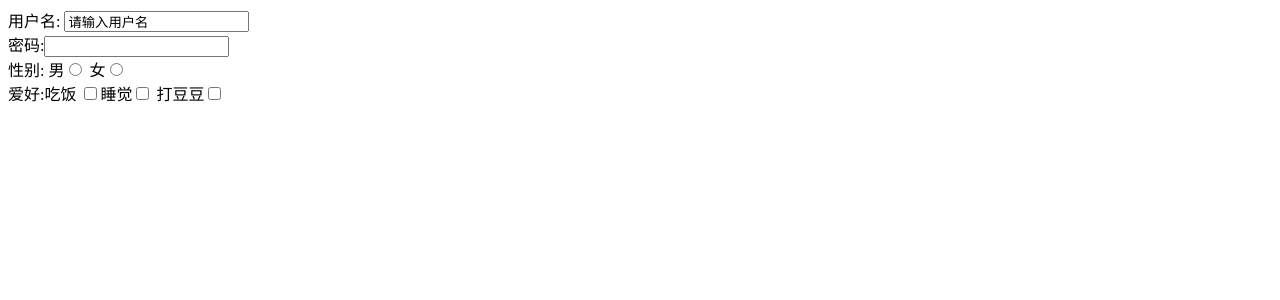
Repository: Qwenicq/My_project
Page: html/HTML_learning/4_list.html
The author's editor kept a copy of each file at every save. The page is drawn from the files as they stood at one save, then again after the next save.
The browser window is 1280 px wide. The pictures show the whole page.

Above is the page before, as saved 2023-03-28 22:18:58.

### html/HTML_learning/4_list.html
<!DOCTYPE html>
<html lang="zh-CN">
<head>
    <meta charset="UTF-8">
    <meta http-equiv="X-UA-Compatible" content="IE=edge">
    <meta name="viewport" content="width=device-width, initial-scale=1.0">
    <title>Document</title>
</head>
<body>
    <form action="demo.php" method="post" name="name1" maxlength="6">
        用户名: <input type="text" name="username" value="请输入用户名"><br>
        <!-- 我是文本框 -->
        密码:<input type="password" name="passward"><br>
        <!-- 我是密码框,用户看不到内容 -->
        <!-- 单选按钮需要有相同的名字才能使得多选一 -->
        性别: 男<input type="radio" name="sex" value="男"> 女<input type="radio" name="sex" value="女"><br>
        <!-- 我是单选按钮 -->
        爱好:吃饭 <input type="checkbox" name="hobby" value="吃饭">睡觉<input type="checkbox" name="hobby" value="睡觉"> 打豆豆<input type="checkbox" value="打豆豆">
        <!-- 我是复选框 -->
<!-- 单选按钮和复选框可以设置checked属性,当打开当前页面时就会勾选 -->
    </form>
</body>
</html>

After the next save:
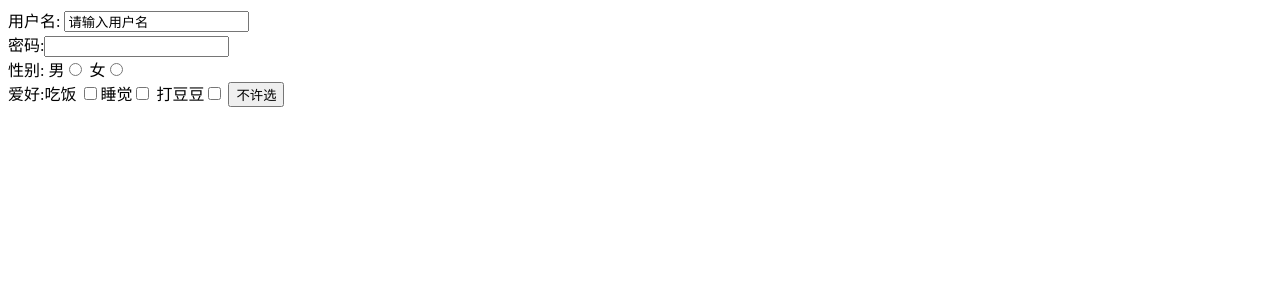
Saved 5 min 31 s later.
--- a/html/HTML_learning/4_list.html
+++ b/html/HTML_learning/4_list.html
@@ -7,7 +7,7 @@
     <title>Document</title>
 </head>
 <body>
-    <form action="demo.php" method="post" name="name1" maxlength="6">
+    <form action="demo.php" method="post" name="name1">
         用户名: <input type="text" name="username" value="请输入用户名"><br>
         <!-- 我是文本框 -->
         密码:<input type="password" name="passward"><br>
@@ -18,6 +18,7 @@
         爱好:吃饭 <input type="checkbox" name="hobby" value="吃饭">睡觉<input type="checkbox" name="hobby" value="睡觉"> 打豆豆<input type="checkbox" value="打豆豆">
         <!-- 我是复选框 -->
 <!-- 单选按钮和复选框可以设置checked属性,当打开当前页面时就会勾选 -->
+      <input type="submit" value="不许选">
     </form>
 </body>
 </html>
